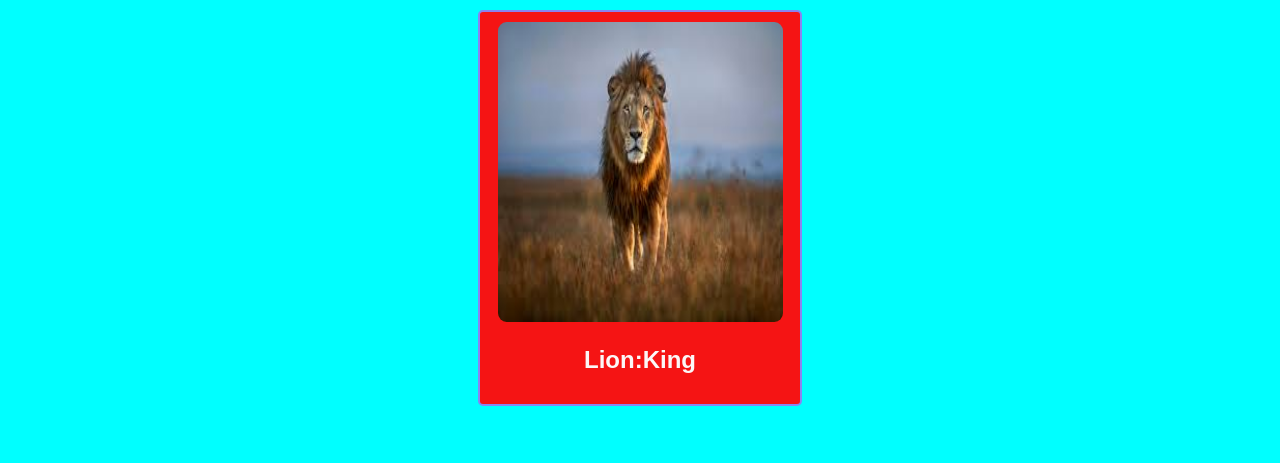
Repository: KingBoyMaylow/Animal-trading-card
Page: index.html
An editor plug-in stored every save of this project. The page is shown before and after a run of saves, followed by the edit.
The browser window is 1280 px wide. The pictures show the whole page.

Above is the page before, as saved 2024-05-13 22:08:48.

After the next 3 saves:
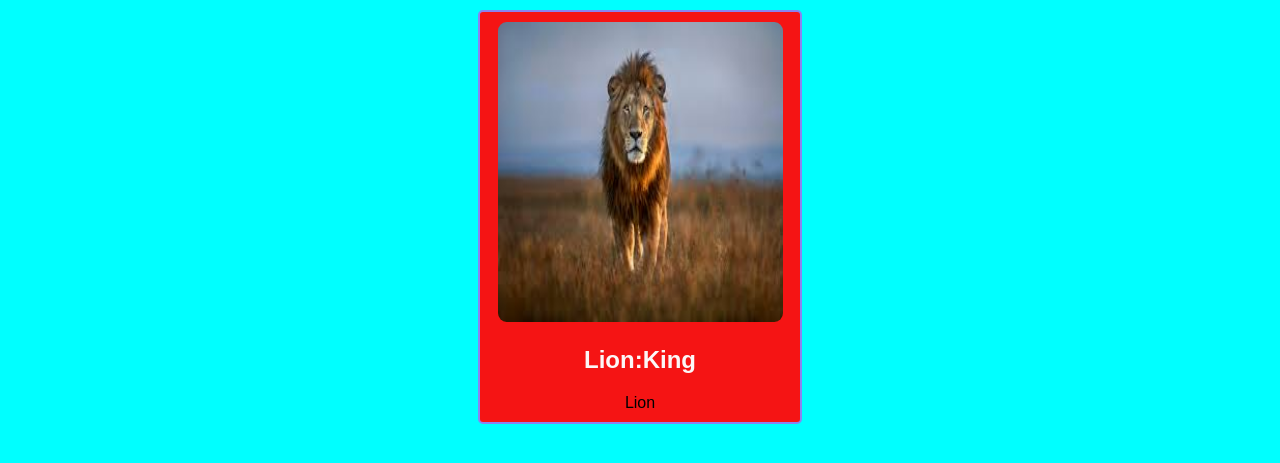
The 3 saves are shown as one change because they came seconds apart.
The last was saved 8 s later.
--- a/index.html
+++ b/index.html
@@ -37,7 +37,7 @@
     <div class="card">
         <img src="lion.jpeg" alt="Lion">
         <h2>Lion:King</h2>
-        <h3Lion</h3>
+        <h3></h3>Lion</h3>
     </div>
 </body>
 </html>
